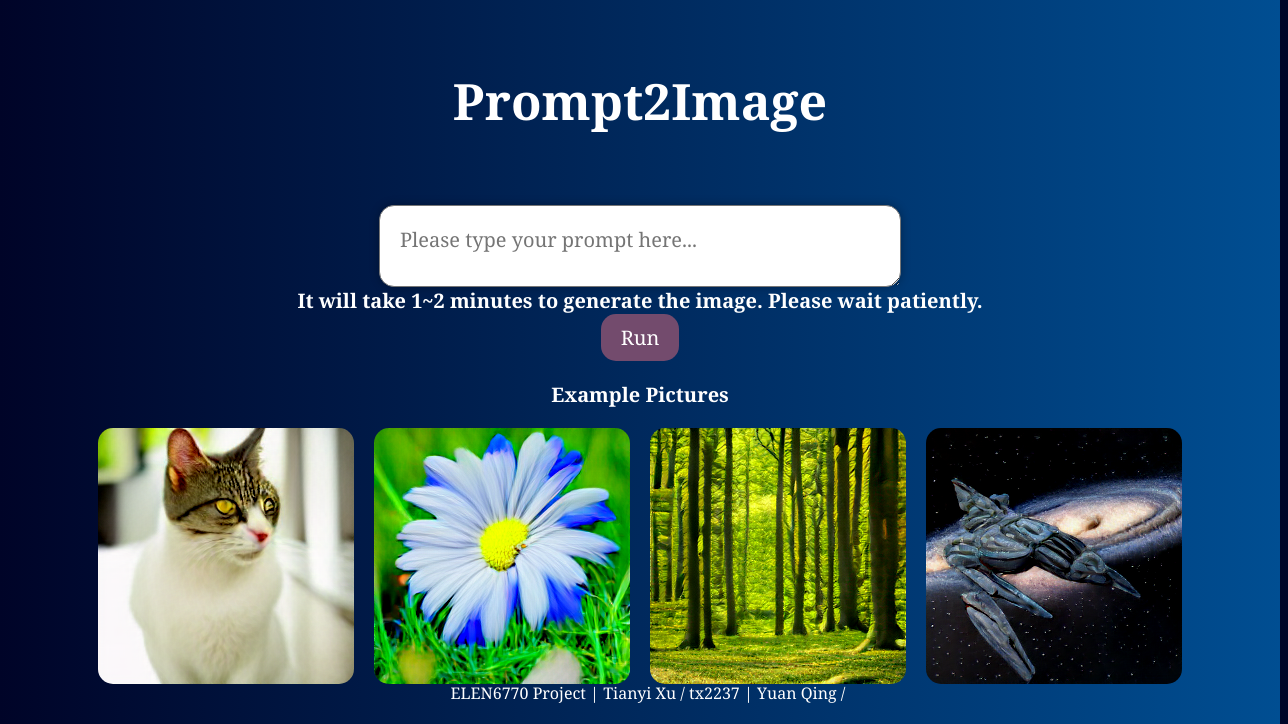
Repository: XTTTZ/Prompt2Image
Page: main4.html
An editor plug-in stored every save of this project. The page is shown before and after the next save, followed by the edit.
The browser window is 1280 px wide. The page is 1288 px wide, so the pictures cover 1288 px, including what lies to the right of the window. The pictures show the whole page.
The page's requests for data from a server got no answer.

Above is the page before, as saved 2023-12-01 02:21:36.

After the next save:
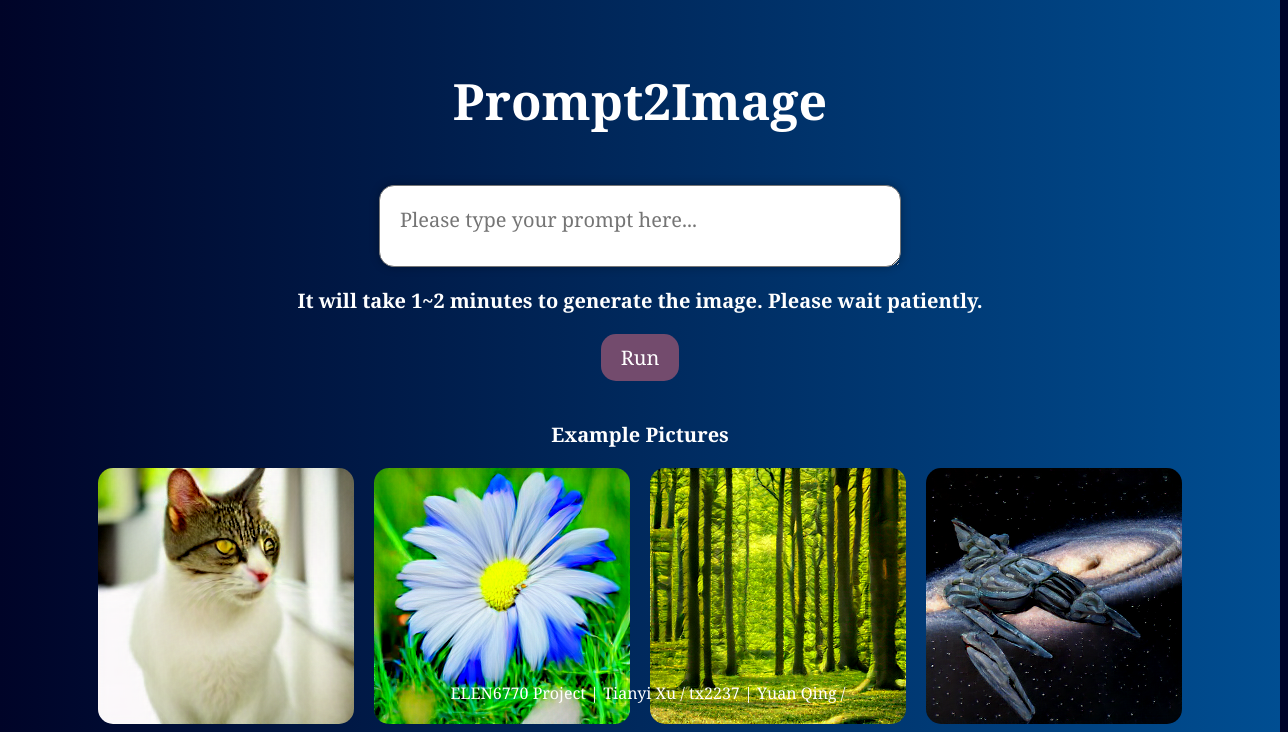
Saved 19 s later.
--- a/main4.html
+++ b/main4.html
@@ -42,7 +42,7 @@
             height: 100%;
             /* 根据需要设置高度 */
             font-size: 20px;
-            margin: 1em;
+            gap: 1em;
         }
 
         label {
